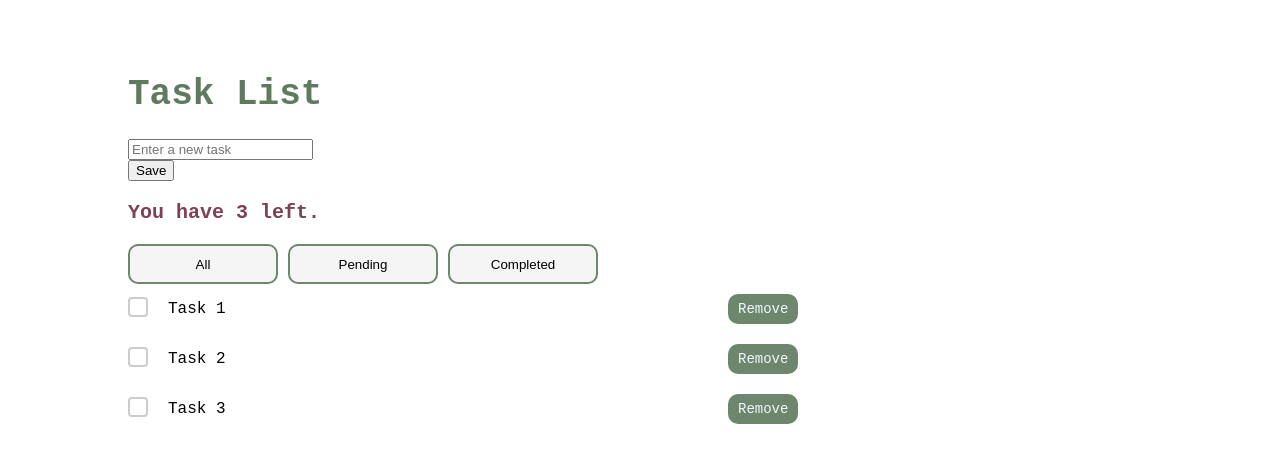
Repository: SandyLy453/task-list
Page: /
These files come from the project's save history. The page is drawn as it stood at one moment and after the next save; the edit follows.
The browser window is 1280 px wide. The pictures show the whole page.
The project was rebuilt for these pictures with package versions that can differ from the ones it lists, and the page was loaded fresh each time. Also part of the build but not shown: vite.config.js.

Above is the page before, as saved 2024-10-25 18:25:41.

### src/App.jsx
import { useState } from 'react';
import Task from './components/Task';
import TaskForm from './components/TaskForm';

function App() {
  const [tasks, setTasks] = useState([
    { name: 'Task 1', checked: false },
    { name: 'Task 2', checked: false },
    { name: 'Task 3', checked: false }
  ]);
  const [filter, setFilter] = useState('all');

  // Function to calculate the number of unchecked tasks
  const getUncheckedCount = () => {
    return tasks.filter((task) => !task.checked).length;
  };

  // Function to add a new task
  const addTask = (taskName) => {
    setTasks([...tasks, { name: taskName, checked: false }]); // New tasks are unchecked by default
  };

  // Function to remove a task
  const removeTask = (taskName) => {
    setTasks(tasks.filter((task) => task.name !== taskName));
  };

  // Function to toggle the task status
  const toggleTaskStatus = (taskName) => {
    const updatedTasks = tasks.map((task) =>
      task.name === taskName ? { ...task, checked: !task.checked } : task
    );
    setTasks(updatedTasks); // Update the task's checked status in the parent state
  };

  const filteredTasks = tasks.filter((task) => {
    if (filter === 'completed') return task.checked;
    if (filter === 'pending') return !task.checked;
    return true; // 'all' filter
  });

  return (
    <>
      <div className="container">
        <h1 className="title">Task List</h1>
        <TaskForm addTask={addTask} />
        <p className="note">You have {getUncheckedCount()} left.</p>
        <div className="filter">
          <button
            onClick={() => setFilter('all')}
            className="filter-btn"
          >
            All
          </button>
          <button
            onClick={() => setFilter('pending')}
            className="filter-btn"
          >
            Pending
          </button>
          <button
            onClick={() => setFilter('completed')}
            className="filter-btn"
          >
            Completed
          </button>
        </div>
        <div>
          {filteredTasks.map((task) => (
            <Task
              key={task.name}
              name={task.name}
              checked={task.checked}
              toggleTaskStatus={toggleTaskStatus}
              removeTask={removeTask}
            />
          ))}
        </div>
      </div>
    </>
  );
}

export default App;

### src/index.css
.container {
  padding: 20px;
  margin: 30px 100px;
}

.title {
  font-family: monospace;
  font-size: 36px;
  color: rgb(95, 122, 95);
  font-weight: 900;
}

.note {
  font-family: monospace;
  font-size: 20px;
  color: rgb(126, 65, 84);
  font-weight: 600;
}

.inputBox {
  padding: 10px 0 10px 0;
}

.input {
  height: 20px;
  width: 400px;
  padding: 10px;
  font-size: 16px;
  font-family: monospace;
  margin: 20px 20px 20px 0;
  border-radius: 10px;
  border: 1px solid gray;
}

.filter {
  display: flex;
  flex-direction: row;
  gap: 10px;
}

.filter-btn {
  width: 150px;
  height: 40px;
  background-color: whitesmoke;
  border: 2px solid rgb(108, 135, 108);
  border-radius: 10px;
}

.sm-btn{
  height: 40px;
  padding: 10px;
  font-size: 16px;
  font-family: monospace;
  background-color: rgb(108, 135, 108);
  color: aliceblue;
  border: none;
  border-radius: 10px;
}

.sm-btn:hover {
  background-color: rgb(84, 103, 84);
}

.task {
  display: flex;
  flex-direction: row;
  align-items: center;
  gap: 20px;
}

.checkBox {
  width: 20px;
  height: 20px;
  appearance: none;
  background-color: white;
  border: 2px solid #ccc;
  border-radius: 4px;
  cursor: pointer;
  position: relative;
  margin: 6px 0;
}

.checkBox:checked {
  background-color: rgb(108, 135, 108);
}

.checkBox:checked::after {
  content: "";
  display: block;
  width: 4px;
  height: 10px;
  border: solid white;
  border-width: 0 2px 2px 0;
  transform: rotate(45deg);
  position: absolute;
  top: 0px;
  left: 5px;
}

.content {
  width: 540px;
  display: flex;
  word-wrap: normal;
  font-family: monospace;
  font-size: 16px;
}

.task-delete {
  height: 30px;
  padding: 10px;
  align-items: center;
  align-self: center;
  display: flex;
  justify-content: center;
  font-size: 14px;
  font-family: monospace;
  background-color: rgb(108, 135, 108);
  color: aliceblue;
  border: none;
  border-radius: 10px;
}

.task-delete:hover {
  background-color: rgb(84, 103, 84);
}

### src/components/Task.jsx
import { useEffect } from "react";

export default function Task({ name, checked, removeTask, toggleTaskStatus }) {
  useEffect(() => {}, [checked]);

  return (
    <>
      <div className="task">
        <label>
          <input
            type="checkbox"
            className="checkBox"
            checked={checked}
            disabled={checked} // Disable if task is completed
            onChange={() => toggleTaskStatus(name)}
          />
        </label>
        <p
          className="content"
          style={{ textDecoration: checked ? "line-through" : "none" }}
        >
          {name}
        </p>
        <button className="task-delete" onClick={() => removeTask(name)}>
          Remove
        </button>
      </div>
    </>
  );
}

### src/components/TaskForm.jsx
import { useState } from "react";

// const taskTemplate = {
//     name: 'new task'
// };

export default function TaskForm({addTask}) {
    const [taskName, setTaskName] = useState('');

    // form submission
    const handleSubmit = (e) => {
        e.preventDefault(); // the form submission will be handled by JavaScript instead of triggering a page refresh
        if (taskName.trim()) { // checks if the taskName (the text the user entered) is not an empty string after trimming whitespace
            addTask( taskName );
            setTaskName(''); // clear the input field
        }
    }

    return (
        <>
            <form onSubmit={handleSubmit}>
                <div className="formContainer">
                    <input
                        id="task-name"
                        type="text"
                        value={taskName}
                        onChange={(e) => setTaskName(e.target.value)}
                        placeholder="Enter a new task"
                    />
                    <div className="btn-group">
                        <button type="submit" className="btn-save">Save</button>
                    </div>
                </div>
            </form>
        </>
    )
}

Loaded but not shown: index.html (common file); src/main.jsx (common file)

After the next save:
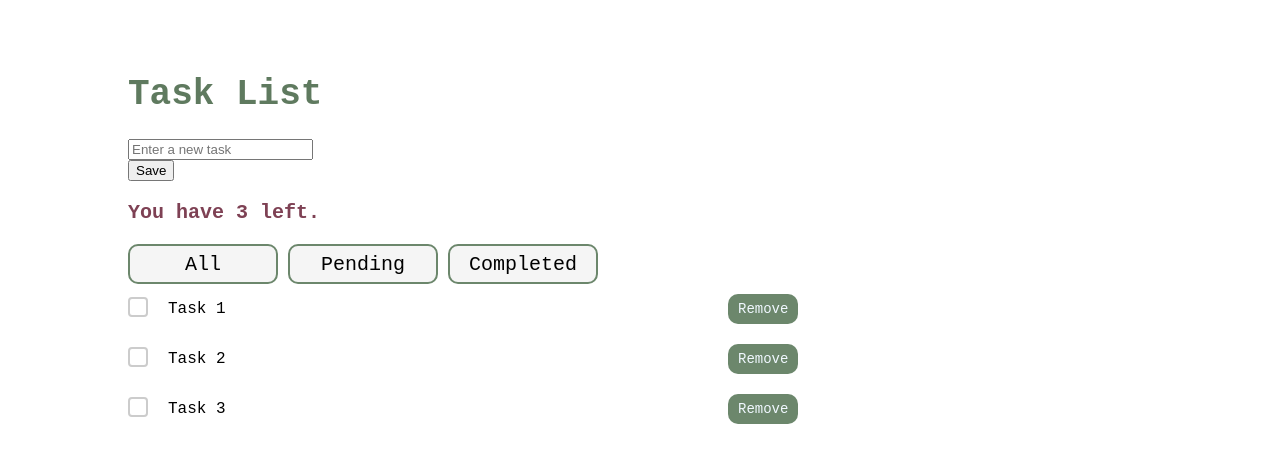
Saved 25 s later.
--- a/src/index.css
+++ b/src/index.css
@@ -44,6 +44,9 @@
   background-color: whitesmoke;
   border: 2px solid rgb(108, 135, 108);
   border-radius: 10px;
+  cursor: pointer;
+  font-family: monospace;
+  font-size: 20px;
 }
 
 .sm-btn{
